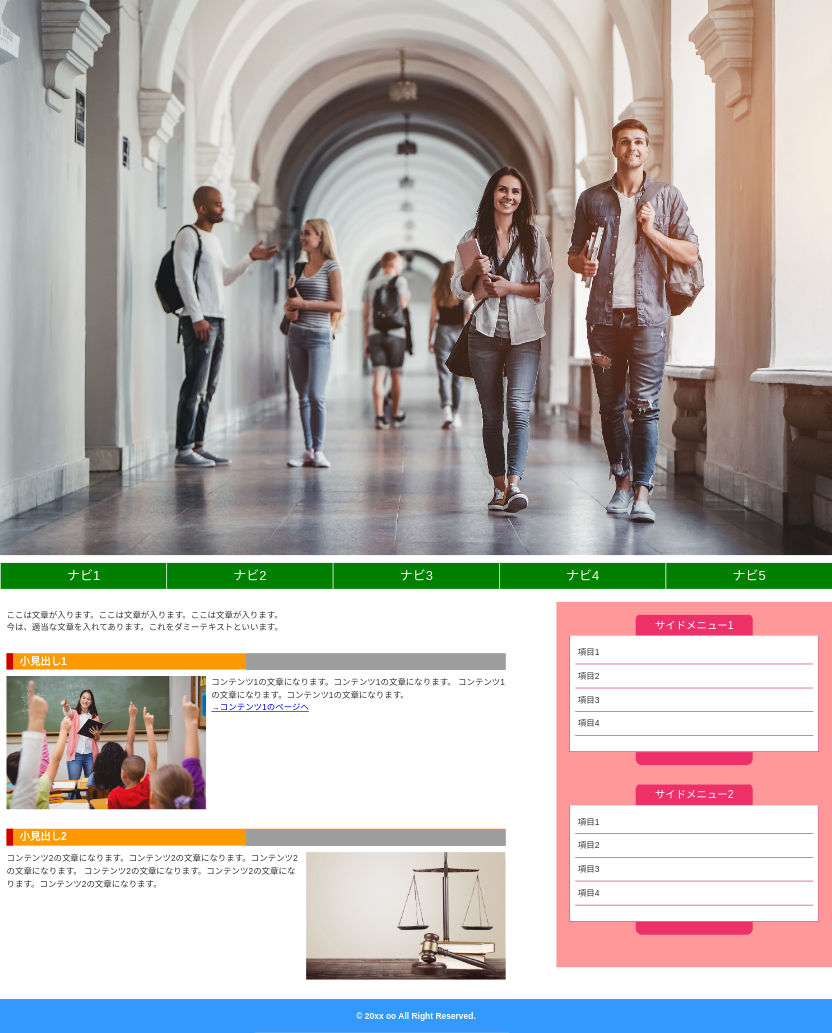
Repository: bonjyuru/samurai_HTML-CSS
Page: index.html
The author's editor kept a record of every edit. The page is drawn from the files as they stood at one moment, then again after the next edit.
The browser window is 1280 px wide. The pictures show the whole page, at 65% of full size.
Pictures or frames that could not be fetched are drawn as grey boxes.

Above is the page before.

After the next edit:
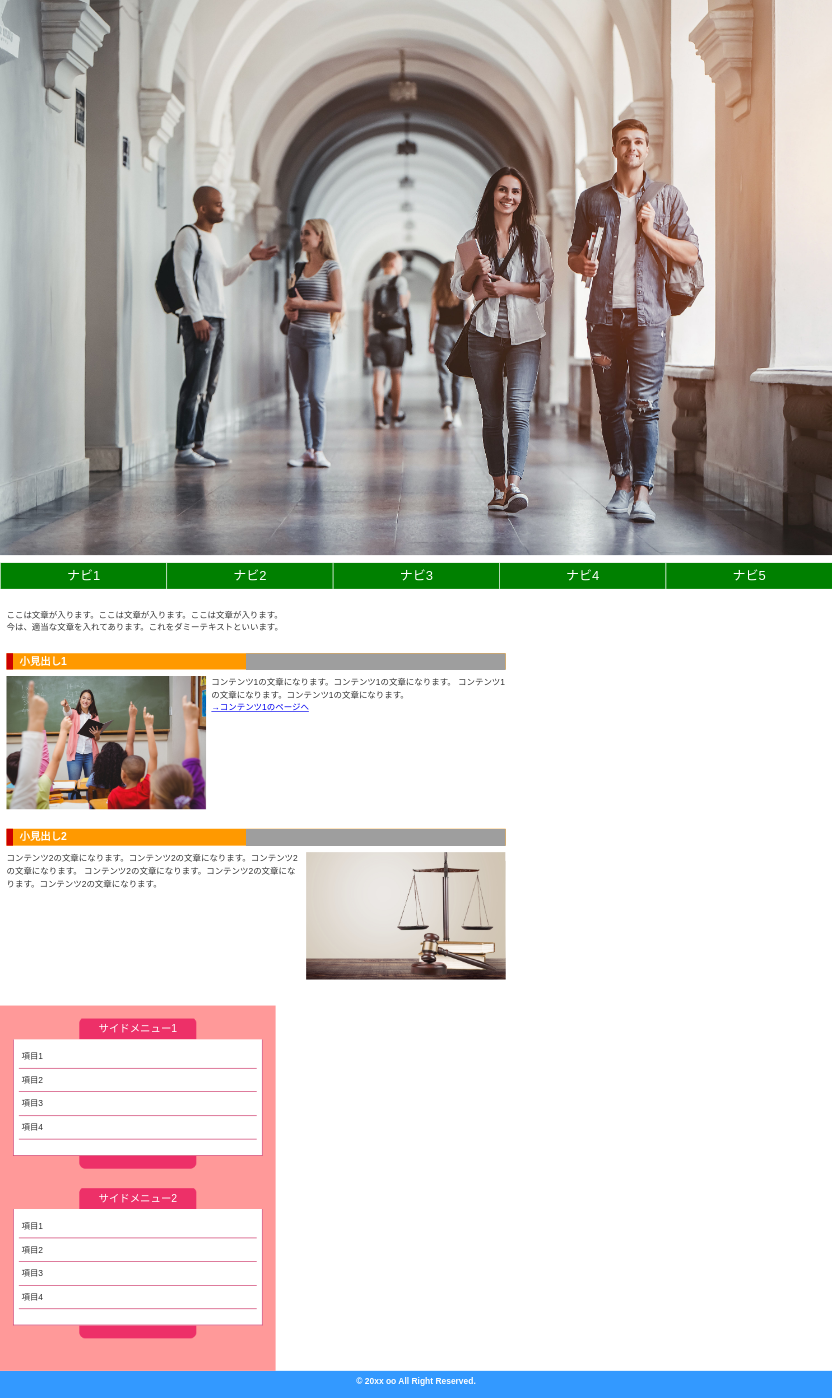
The edit:
--- a/stylesheet.css
+++ b/stylesheet.css
@@ -78,6 +78,8 @@
     margin: auto ;
     padding-top: 20px;
     clear: both;
+    display: grid;
+    grid-columns: 70vw 30vw;
 }
 /* ------------------------ main ---------------------------- */
 #main {
